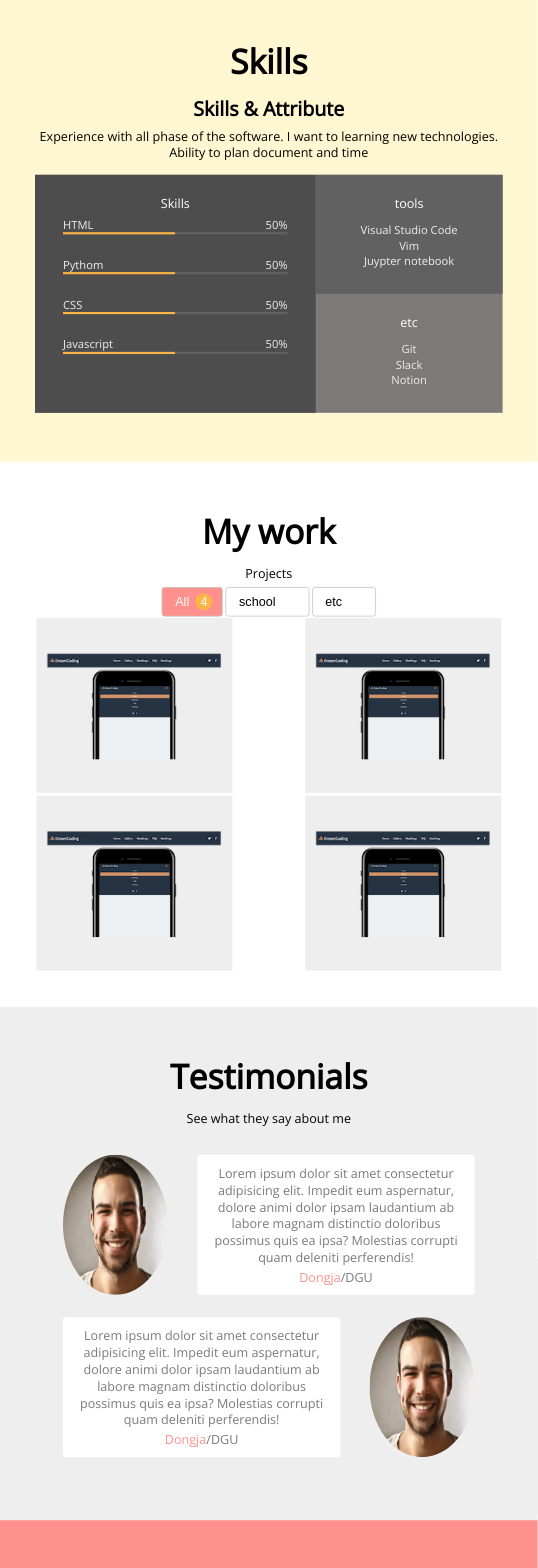
Repository: DongjaJ/portfolio
Page: index.html
The author's editor kept a copy of each file at every save. The page is drawn from the files as they stood at one save, then again after the next save.
The browser window is 768 px wide. The pictures show the part of the page from y = 2194 to 4434 px (the page is 4774 px tall before and 5082 px after), at 70% of full size.
Some web libraries are served in a nearby version.

Above is the page before, as saved 2022-06-15 22:00:41.

After the next save:
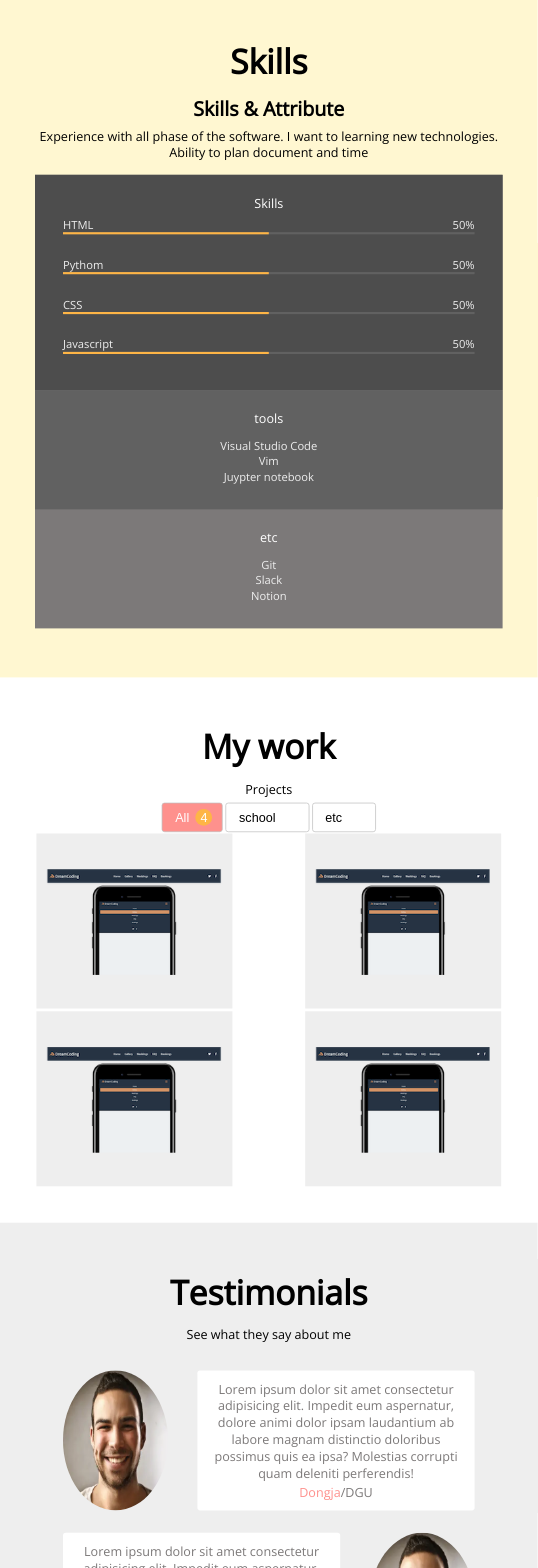
Saved 2 min 36 s later.
--- a/style.css
+++ b/style.css
@@ -469,4 +469,7 @@
 	.major{
 		margin-bottom: 38px;
 	}
-}
+	.skillset{
+		flex-direction: column;
+	}
+}
